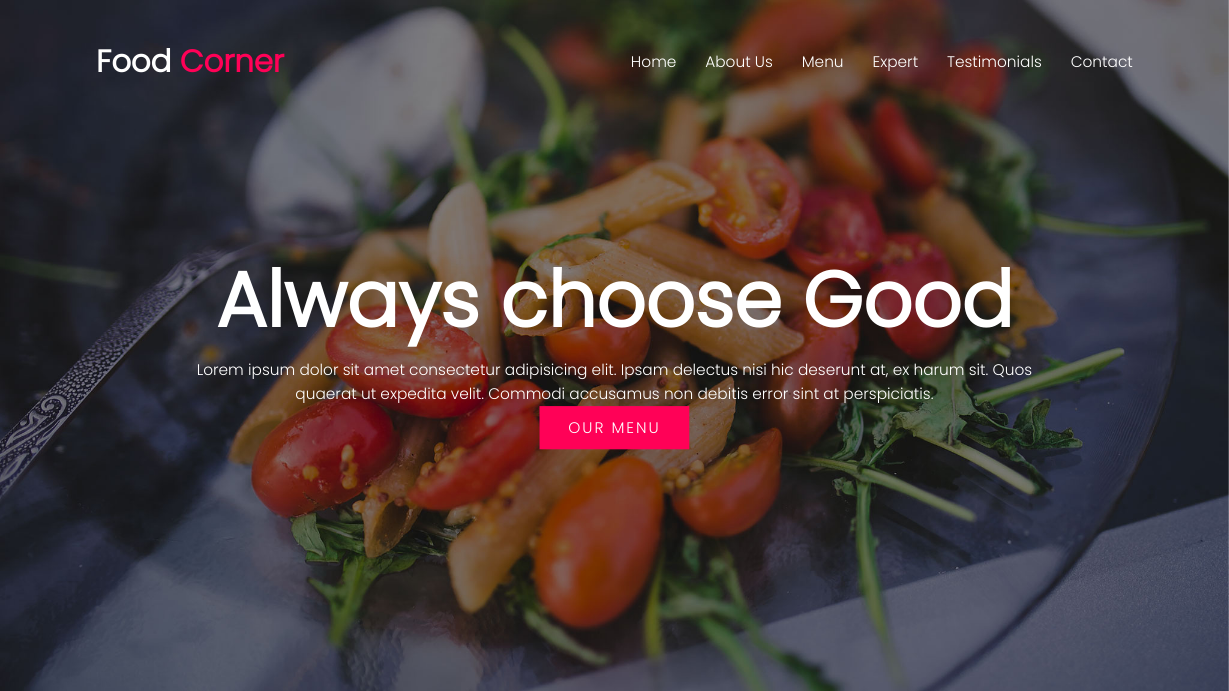
Repository: Adriandias1997/MobileFriendly_FoodWebsite
Page: index.html
An editor plug-in stored every save of this project. The page is shown before and after the next save, followed by the edit.
The browser window is 1280 px wide. The pictures show the whole page, at 96% of full size.

Above is the page before, as saved 2020-10-16 11:30:35.

After the next save:
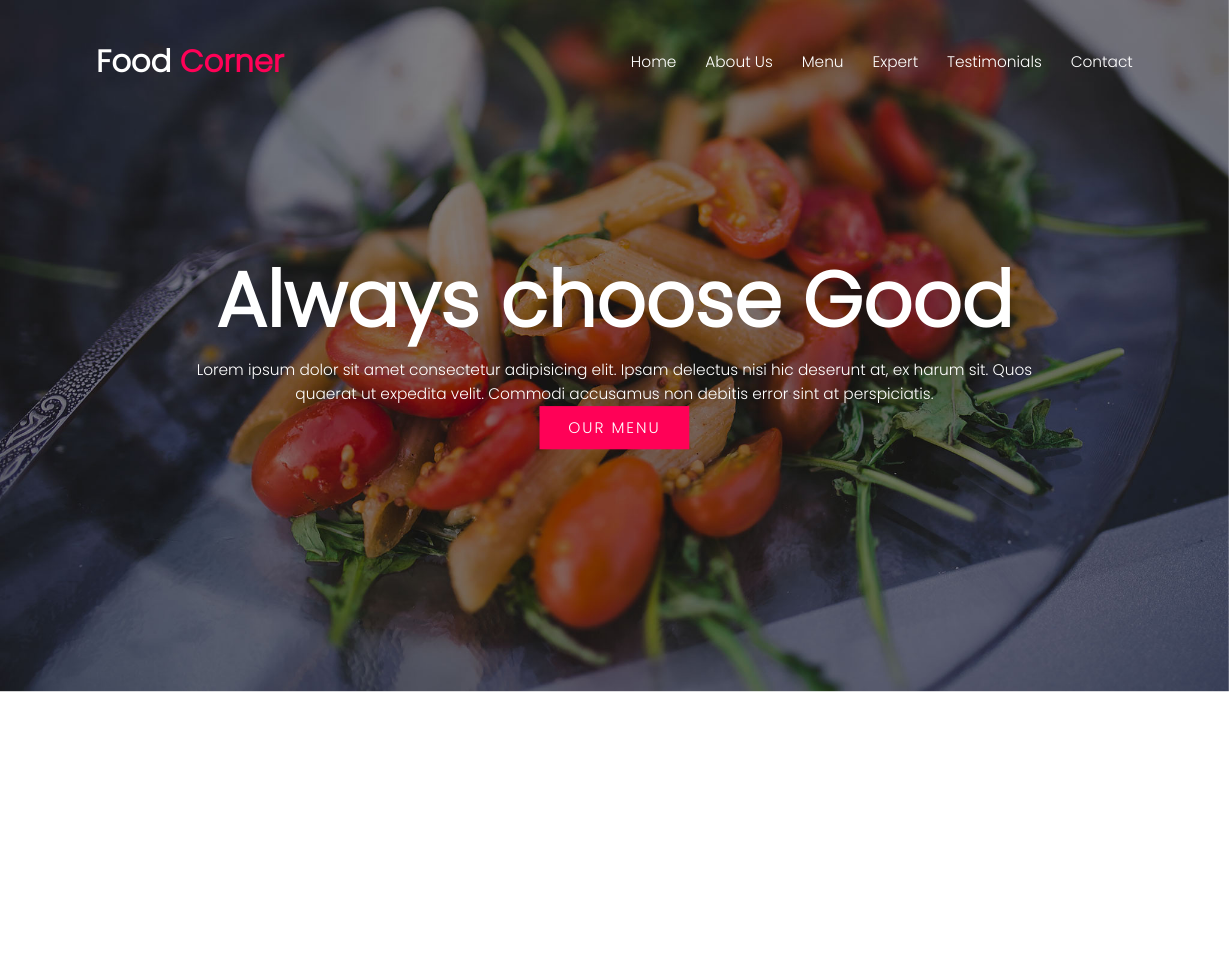
Saved 5 min 20 s later.
--- a/style.css
+++ b/style.css
@@ -9,6 +9,10 @@
 p {
     font-weight: 300;
     color: #111;
+}
+
+body {
+    min-height: 1000px;
 }
 
 .banner {
